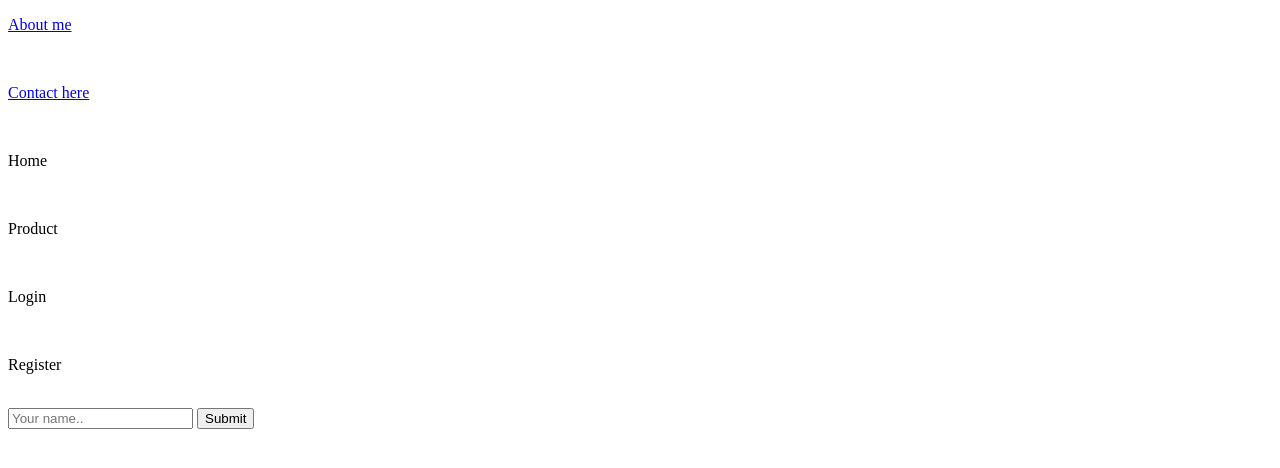
Repository: bao2222/hoc-lam-web
Page: welcome.html
An editor plug-in stored every save of this project. The page is shown before and after the next save, followed by the edit.
The browser window is 1280 px wide. The pictures show the whole page.

Above is the page before, as saved 2024-12-24 18:59:28.

After the next save:
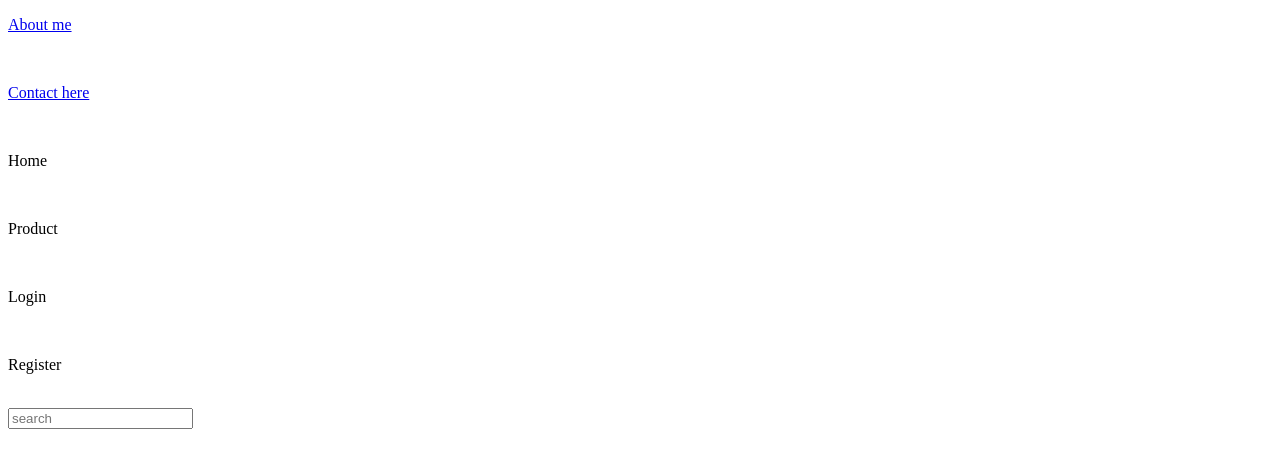
Saved 3 min 2 s later.
--- a/welcome.html
+++ b/welcome.html
@@ -39,8 +39,7 @@
                 <div>
                     <form>
                         <label>
-                            <input type="text" id="fname" name="fname" placeholder="Your name..">
-                            <button>Submit</button>
+                            <input type = "text" placeholder = "search">
                         </label>
 
 
